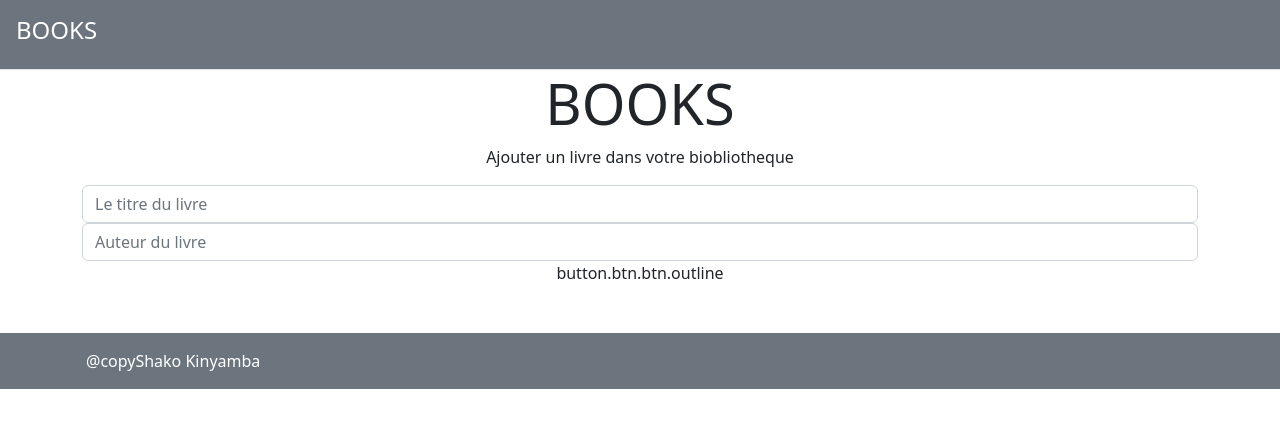
Repository: SKB-TECH/Books
Page: /
An editor plug-in stored every save of this project. The page is shown before and after a run of saves, followed by the edit.
The browser window is 1280 px wide. The pictures show the whole page.
The project was rebuilt for these pictures with package versions that can differ from the ones it lists, and the page was loaded fresh each time. Also part of the build but not shown: vite.config.js.

Above is the page before, as saved 2022-11-09 15:47:34.

After the next 3 saves:
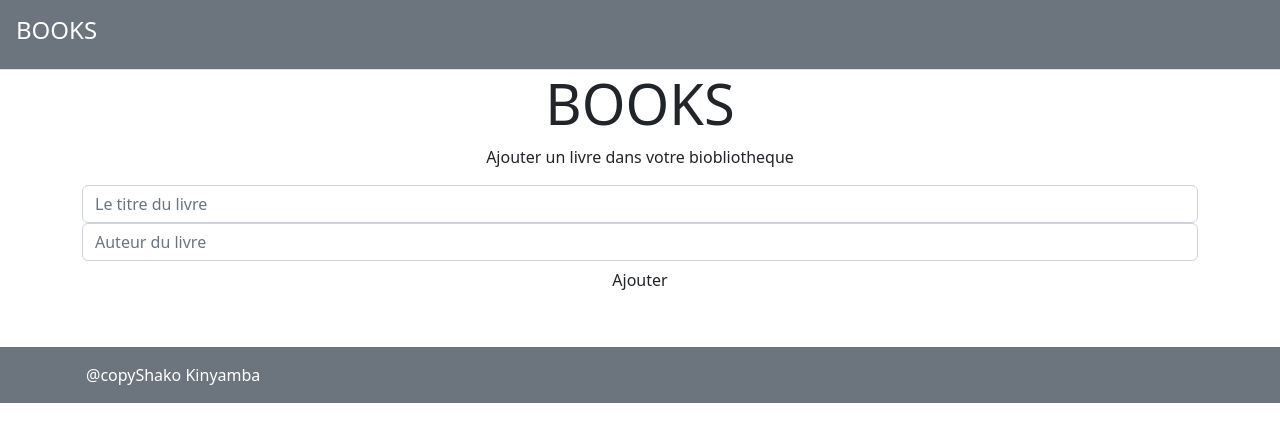
The 3 saves are shown as one change because they came seconds apart.
The last was saved 10 s later.
--- a/src/Containers/AddBooks.jsx
+++ b/src/Containers/AddBooks.jsx
@@ -28,7 +28,9 @@ const AddBooks = () => {
                             />
                         </div>
                         <div className="form-group">
-                            button.btn.btn.outline
+                            <button className="btn btn outline-secondary">
+                                Ajouter
+                            </button>
                         </div>
                     </form>
                 </div>
